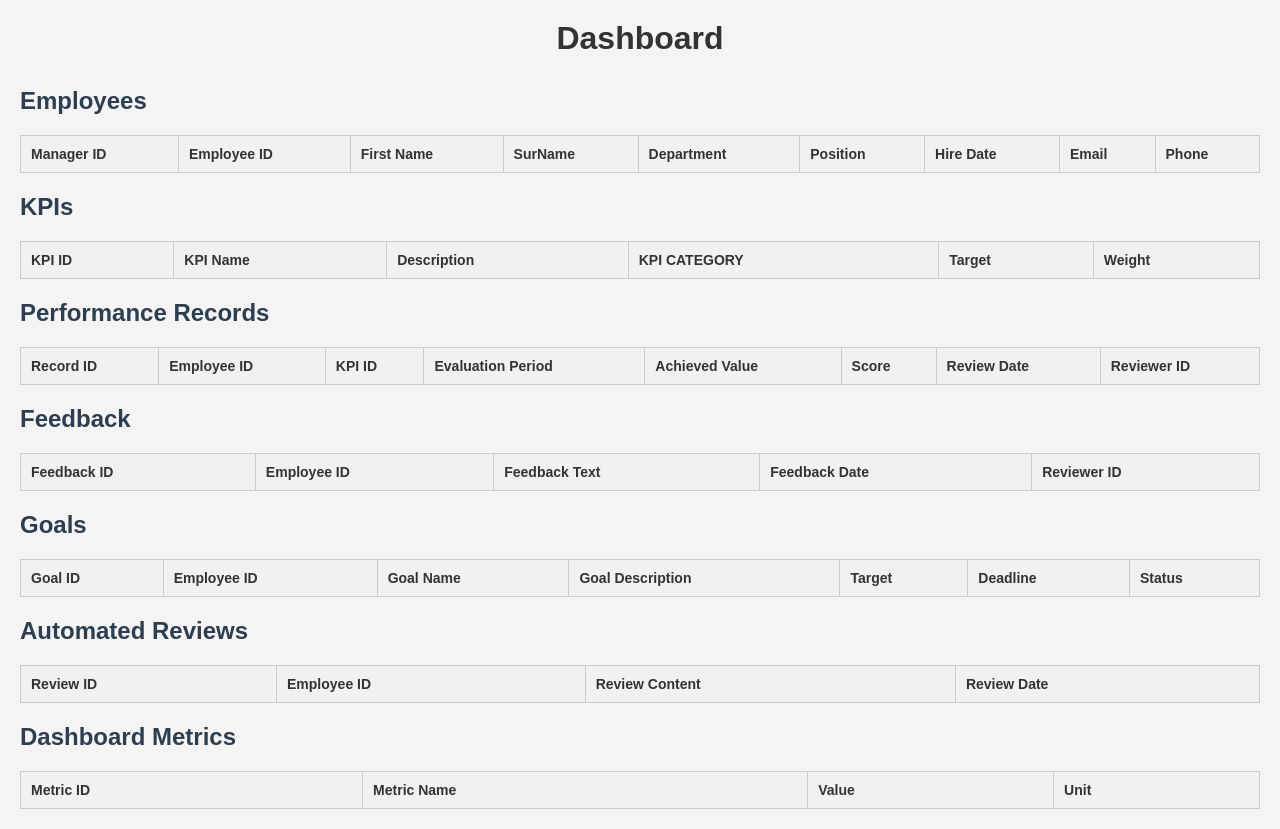
Repository: Wuda2000/Mongodb
Page: http://localhost/dashboard
An editor plug-in stored every save of this project. The page is shown before and after a run of saves, followed by the edit.
The browser window is 1280 px wide. The pictures show the whole page.
The page is served by the project's application, run on Flask 3 (app.py). Queries for data that is not in the repository find no rows.

Above is the page before, as saved 2024-11-11 18:44:52.

After the next 3 saves:
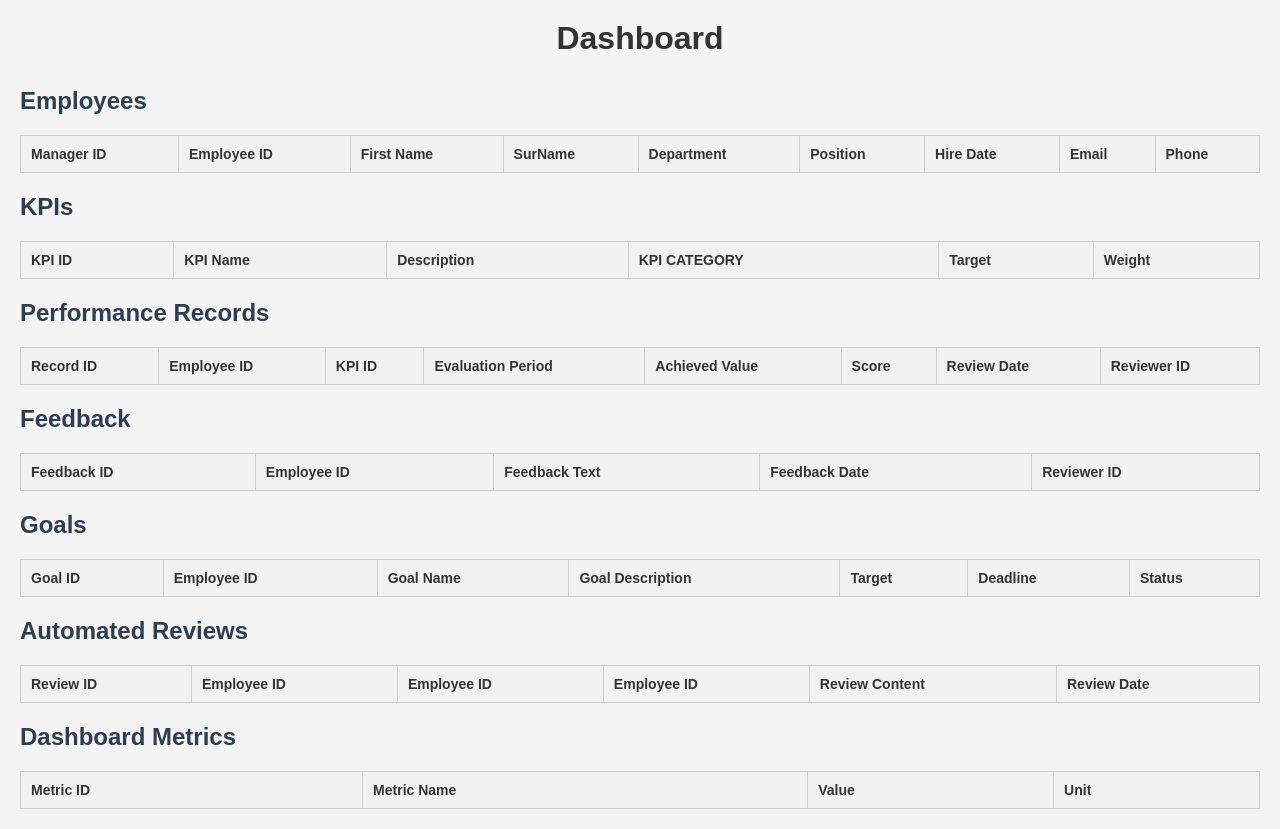
The 3 saves are shown as one change because they came seconds apart.
The last was saved 23 s later.
--- a/templates/dashboard.html
+++ b/templates/dashboard.html
@@ -161,6 +161,8 @@
             <tr>
                 <th>Review ID</th>
                 <th>Employee ID</th>
+                <th>Employee ID</th>
+                <th>Employee ID</th>
                 <th>Review Content</th>
                 <th>Review Date</th>
             </tr>
